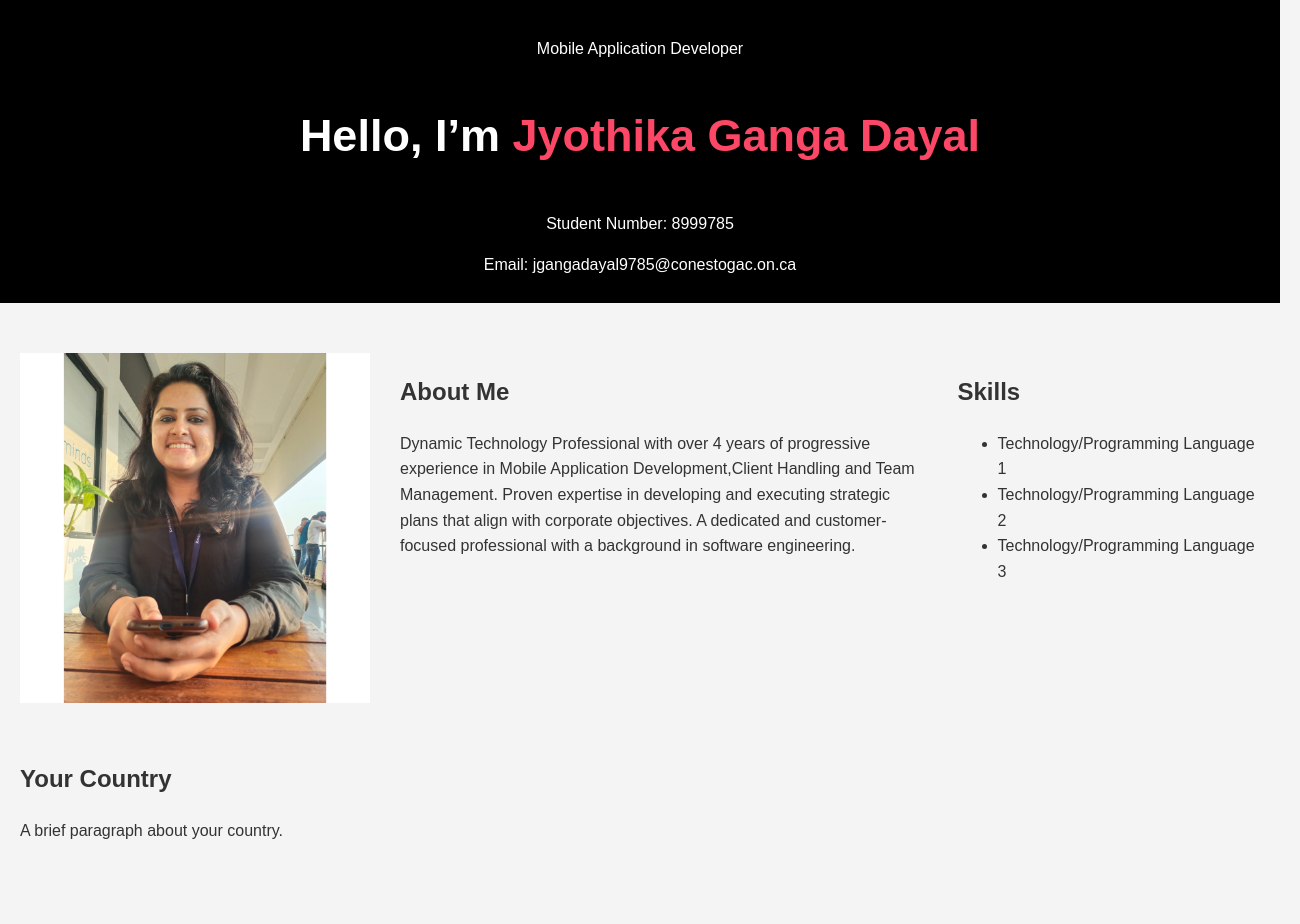
Repository: jyothika123/portfolio
Page: index.html
The author's editor kept a copy of each file at every save. The page is drawn from the files as they stood at one save, then again after the next save.
The browser window is 1280 px wide. The page is 1300 px wide, so the pictures cover 1300 px, including what lies to the right of the window. The pictures show the part of the page from y = 0 to 924 px (the page is 1280 px tall).
Pictures or frames that could not be fetched are drawn as grey boxes.

Above is the page before, as saved 2024-09-22 16:33:13.

After the next save:
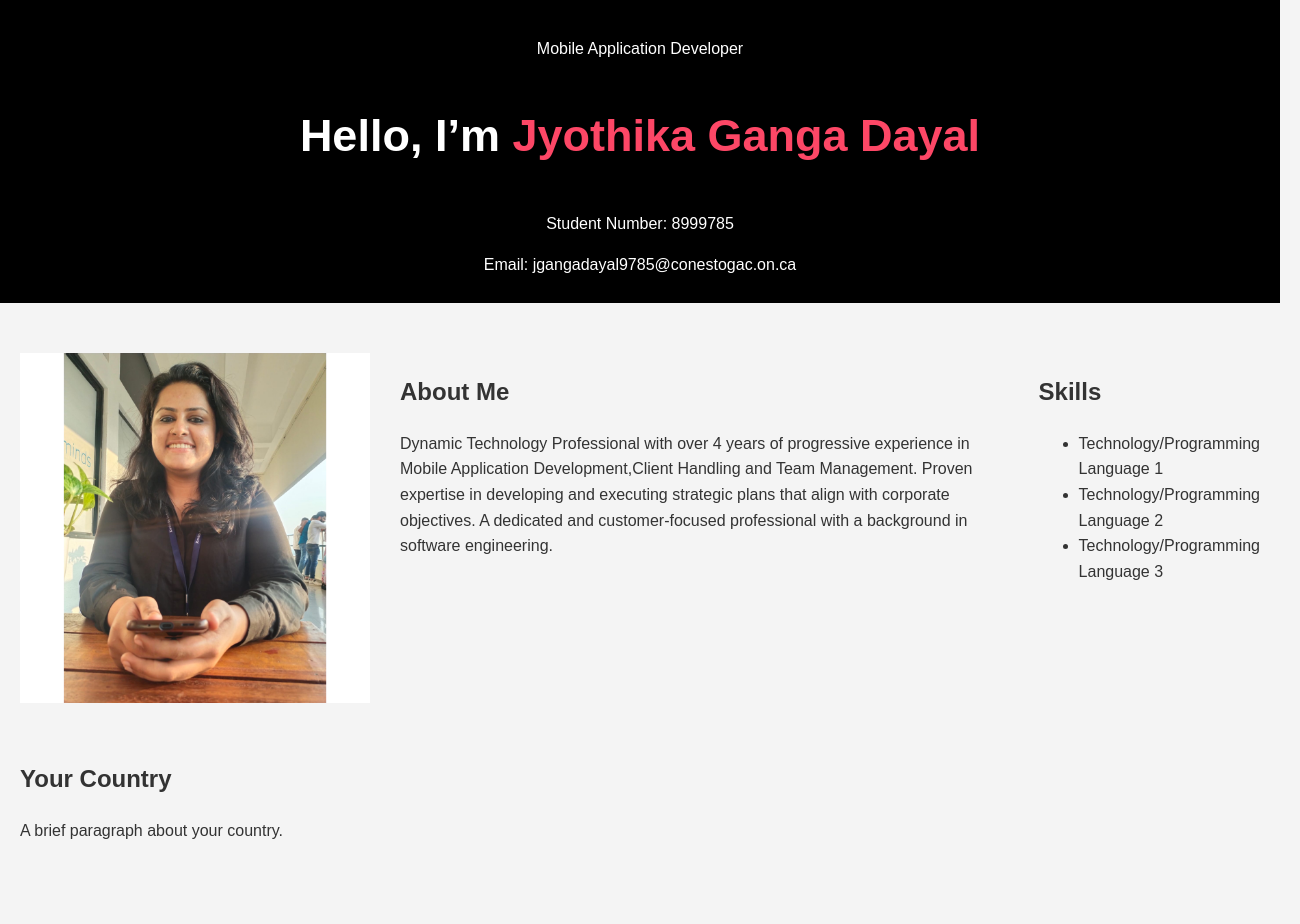
Saved 28 s later.
--- a/css/style.css
+++ b/css/style.css
@@ -67,6 +67,6 @@ footer {
   .box{
     margin-top: 30px;
     display: grid;
-    grid-template-columns: 3fr 1fr;
+    grid-template-columns: 3.5fr 0.5fr;
     gap:30px;
   }
